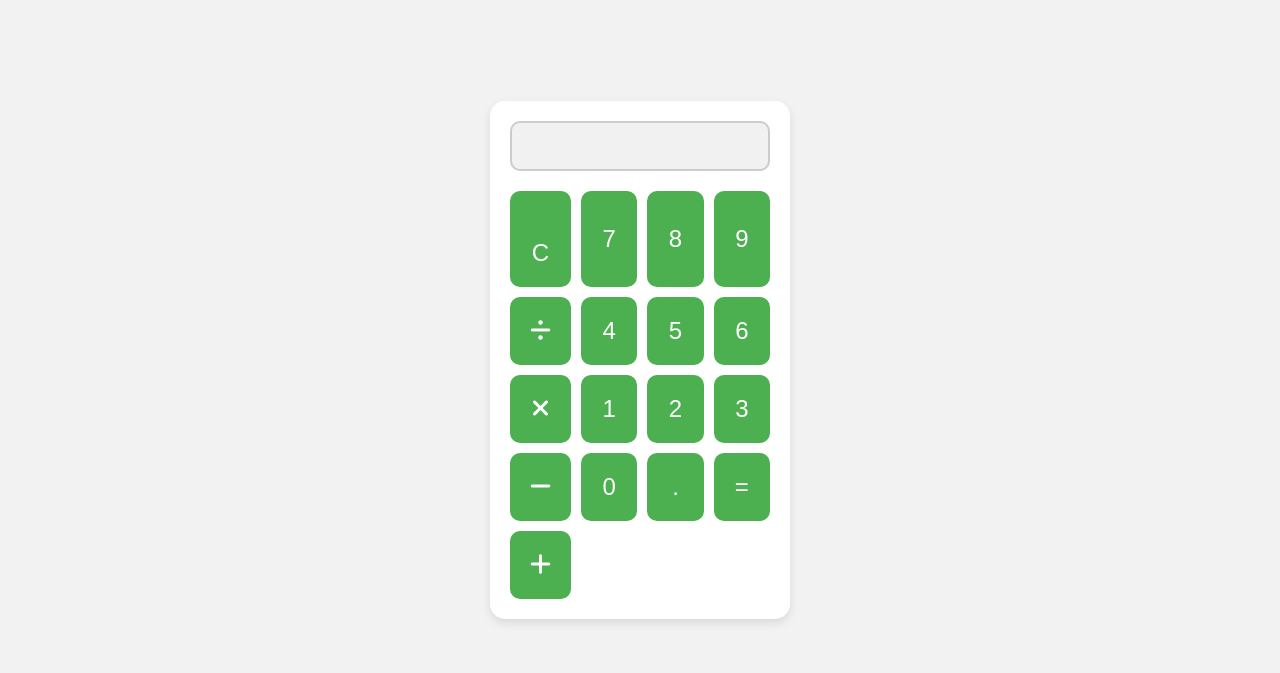
Repository: rajendratamang/zencalculator
Page: index.html
These files come from the project's save history. The page is drawn as it stood at one moment and after a run of saves; the edit follows.
The browser window is 1280 px wide. The pictures show the whole page.

Above is the page before, as saved 2025-01-29 21:51:57.

After the next 2 saves:
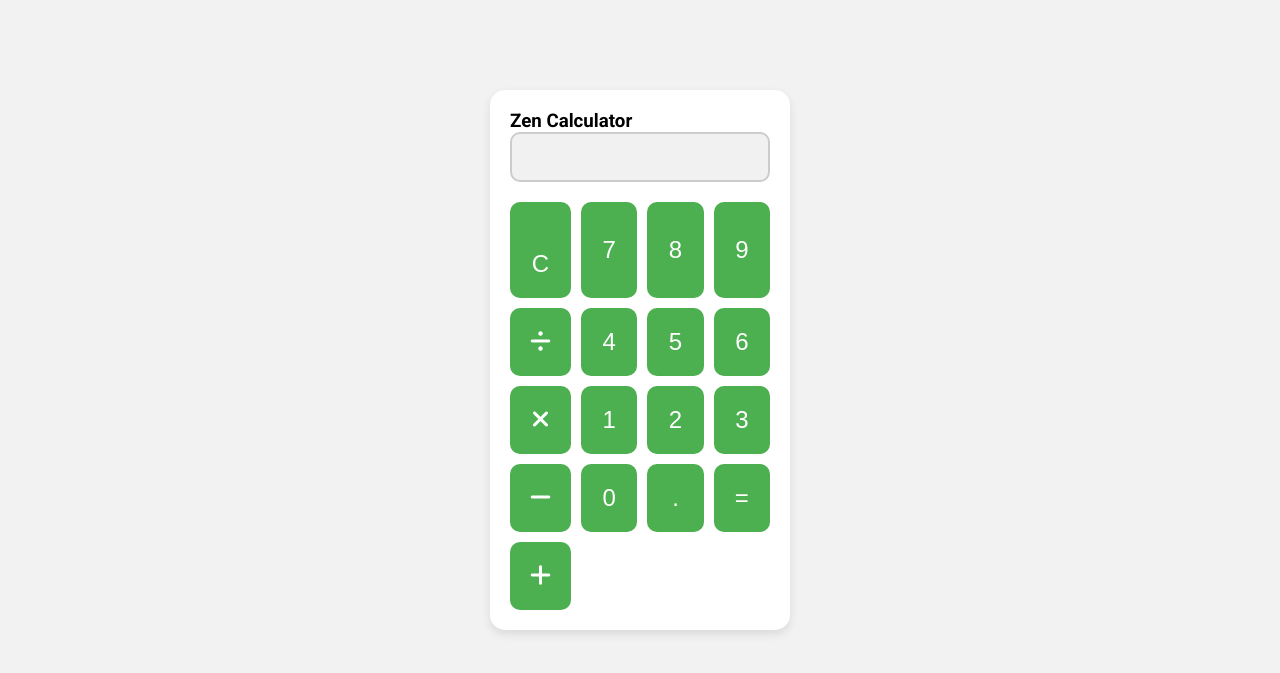
The 2 saves are shown as one change because they came seconds apart.
The last was saved 6 s later.
--- a/index.html
+++ b/index.html
@@ -10,6 +10,7 @@
 </head>
 <body>
     <div class="calculator">
+        <h3>Zen Calculator</h5>
         <input type="text" id="display" class="display" disabled />
         <div class="buttons">
             <button class="button" onclick="clearDisplay()"><i class="fas fa-clear"></i> C</button>
